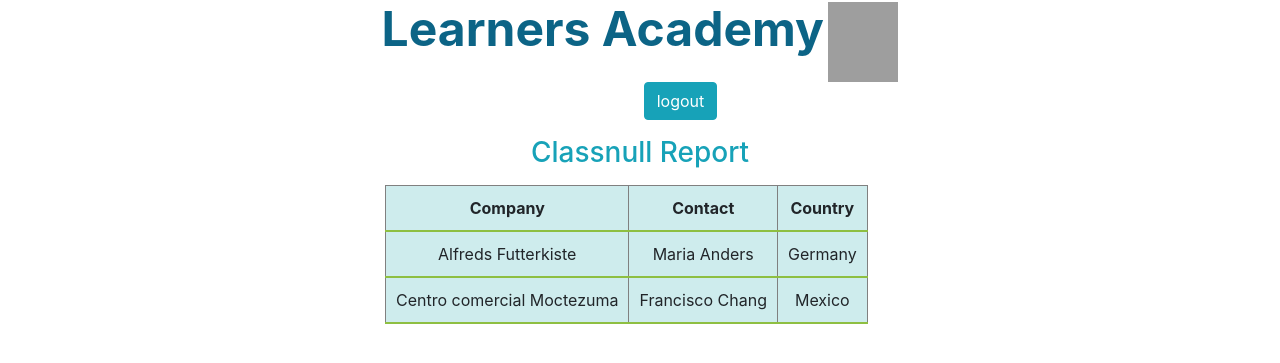
Repository: sindurup/Phase2Project
Page: http://localhost/LearnersAcademyPro/classReport.jsp
These files come from the project's save history. The page is drawn as it stood at one moment and after the next save; the edit follows.
The browser window is 1280 px wide. The pictures show the whole page.
Pictures or frames that could not be fetched are drawn as grey boxes. Some web libraries are served in a nearby version. The page is served by Tomcat 9. Other server files are loaded and not shown.

Above is the page before, as saved 2021-09-29 04:18:51.
Console error: TypeError: Cannot read properties of undefined (reading 'fn')

### LearnersAcademyPro/src/main/webapp/classReport.jsp
<%@ page language="java" contentType="text/html; charset=ISO-8859-1"
    pageEncoding="ISO-8859-1"%>
<!DOCTYPE html>


<html>
<link href="//maxcdn.bootstrapcdn.com/bootstrap/4.1.1/css/bootstrap.min.css" rel="stylesheet" id="bootstrap-css">
<script src="//maxcdn.bootstrapcdn.com/bootstrap/4.1.1/js/bootstrap.min.js"></script>
<script src="//cdnjs.cloudflare.com/ajax/libs/jquery/3.2.1/jquery.min.js"></script>

<head>
<meta charset="ISO-8859-1">
<title>Learners Academy</title>
<style>
      table {
        border-collapse: collapse;
      }
      td,
      th {
        padding: 10px;
        border-bottom: 2px solid #8ebf42;
        text-align: center;
        background-color: #ceeced;
      }
    </style>
</head>
<body>

<div align="center"><label ><h1 class="text-center text-info"><font color="0C6486" size="50px"><b>Learners Academy</b></font></h1></label>
 <img src="D:\Phase2Project\LearnersAcademyPro\1.png" style="width:70px;height:80px;" align="middle"></div>
   <div class="form-group" align="center" >
   <form id="logout" class="form" action="logout" method="post">

    &nbsp;&nbsp;&nbsp;&nbsp;&nbsp;&nbsp;&nbsp;&nbsp;&nbsp;&nbsp;&nbsp;&nbsp;&nbsp;&nbsp;&nbsp;&nbsp;&nbsp; <input type="submit" name="submit" class="btn btn-info btn-md" value="logout">
    </form>
                            </div>
    <div id="login">
      <h3 class="text-center text-info">Class<%=request.getParameter("cls") %> Report</h3>

        <div class="container">

            <div id="login-row" class="row justify-content-center align-items-center">
                <div id="login-column" class="col-md-6">
                    <div id="login-box" class="col-md-12">



                     <form id="clsReport" class="form" action=""  name="clsReport" >
                            <h3 class="text-info"></h3>
                            <div class="form-group">


                             <table border="1" background-color="#ceeced">
  <tr background-color="#ceeced">
    <th>Company</th>
    <th>Contact</th>
    <th>Country</th>
  </tr>
  <tr>
    <td>Alfreds Futterkiste</td>
    <td>Maria Anders</td>
    <td>Germany</td>
  </tr>
  <tr>
    <td>Centro comercial Moctezuma</td>
    <td>Francisco Chang</td>
    <td>Mexico</td>
  </tr>
</table>

                            </div>

                            <div class="form-group">


                            </div>

                        </form>



                    </div>
                </div>
            </div>
        </div>
    </div>
</body>
</html>

After the next save:
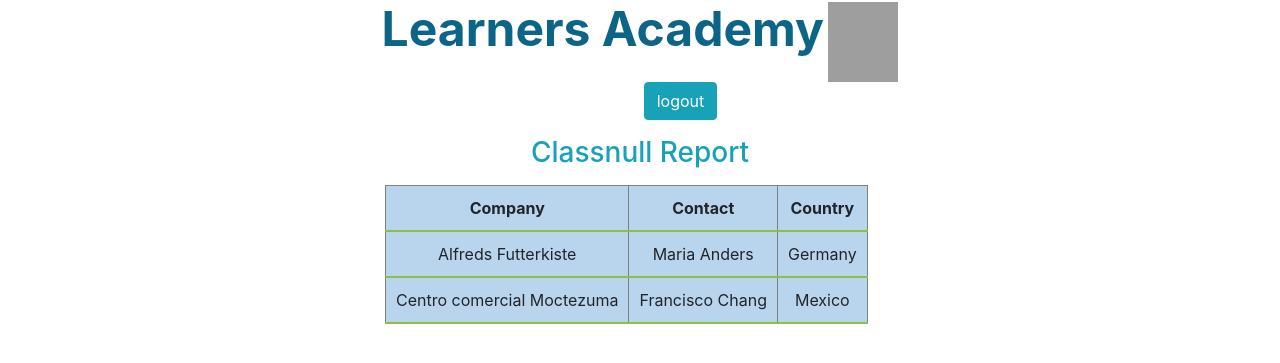
Saved 50 s later.
--- a/LearnersAcademyPro/src/main/webapp/classReport.jsp
+++ b/LearnersAcademyPro/src/main/webapp/classReport.jsp
@@ -20,7 +20,7 @@
         padding: 10px;
         border-bottom: 2px solid #8ebf42;
         text-align: center;
-        background-color: #ceeced;
+        background-color: #b9d4ed;
       }
     </style>
 </head>

After the save that followed:
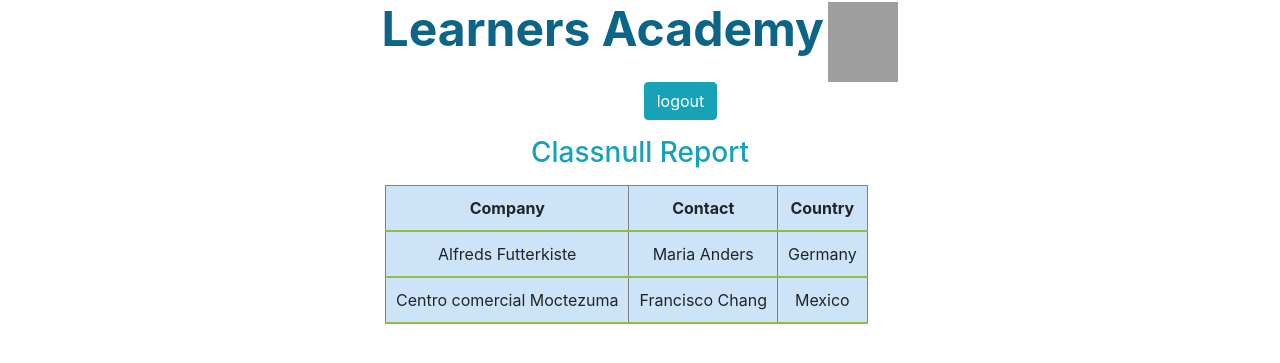
Saved 29 s later.
--- a/LearnersAcademyPro/src/main/webapp/classReport.jsp
+++ b/LearnersAcademyPro/src/main/webapp/classReport.jsp
@@ -20,7 +20,7 @@
         padding: 10px;
         border-bottom: 2px solid #8ebf42;
         text-align: center;
-        background-color: #b9d4ed;
+        background-color: #cde3f7;
       }
     </style>
 </head>
